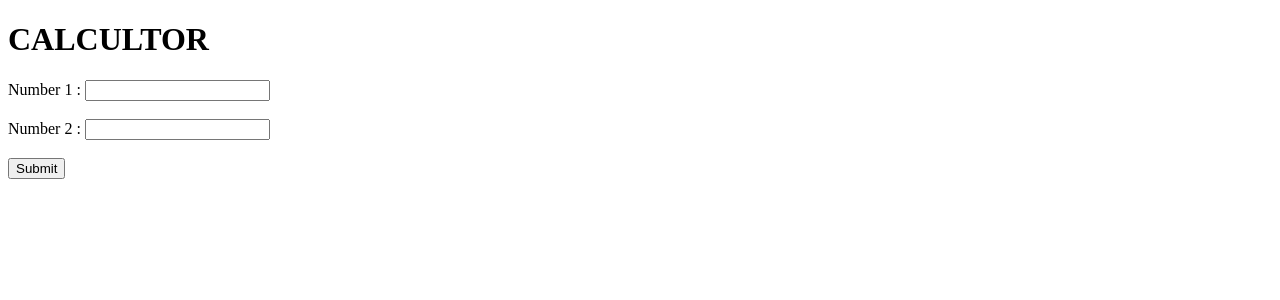
Repository: VIJAYkollu-7568/rakhi
Page: jsp/src/main/webapp/calculator.html
The author's editor kept a copy of each file at every save. The page is drawn from the files as they stood at one save, then again after the next save.
The browser window is 1280 px wide. The pictures show the whole page.

Above is the page before, as saved 2024-11-07 09:48:25.

After the next save:
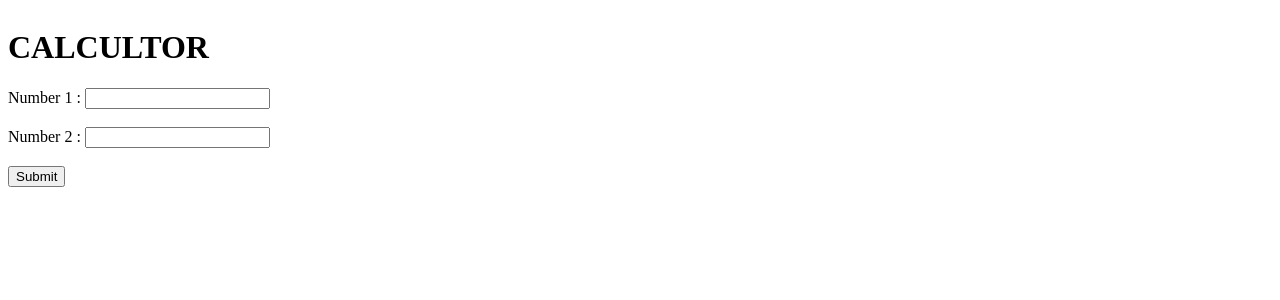
Saved 11 min 11 s later.
--- a/jsp/src/main/webapp/calculator.html
+++ b/jsp/src/main/webapp/calculator.html
@@ -4,6 +4,14 @@
 <meta charset="UTF-8">
 <title>Insert title here</title>
 </head>
+
+<style>
+body{
+display:flex;
+
+}
+
+</style>
 <body>
 <form action="login.jsp">
 <h1>CALCULTOR</h1>
